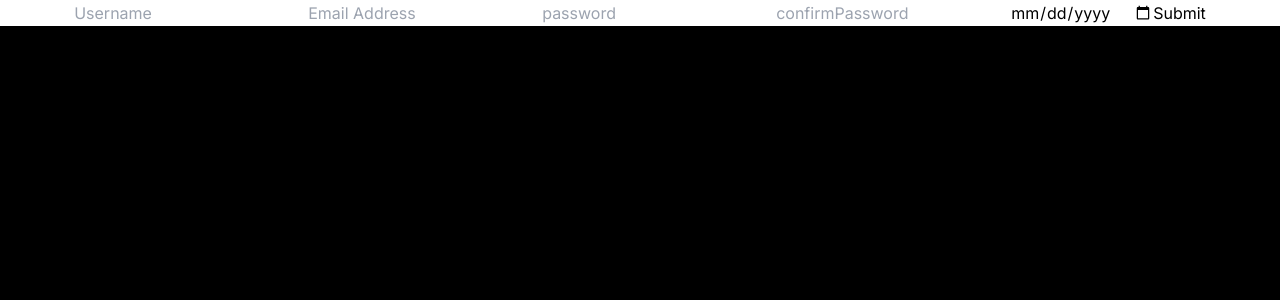
Repository: uh-sman/tiktok-card
Page: /
The author's editor kept a copy of each file at every save. The page is drawn from the files as they stood at one save, then again after the next save.
The browser window is 1280 px wide. The pictures show the whole page.
The project was rebuilt for these pictures with package versions that can differ from the ones it lists, and the page was loaded fresh each time. The framework's server and built-in components were replaced by stand-ins that run in the browser. Also part of the build but not shown: next.config.js.

Above is the page before, as saved 2023-12-19 11:51:13.

### app/page.tsx
'use client'
import Input from "./components/Input";
import { FieldValues, SubmitHandler, useForm } from "react-hook-form";
export default function Home() {
  // const { register, handleSubmit, reset } = useForm<FieldValues>({
  //   defaultValues: {
  //     Username: "",
  //     email: '',
  //     password: '',
  //     confirmPassword: '',
  //     DateOfBirth: '',
  //     Bio: '',
  //     gender: '',
  //     termsAndConditions: ''
  //   }
  // })

  // const onSubmit: SubmitHandler<FieldValues> = () => {

  // }

  return (
    <div className="bg-black h-screen w-screen">
      <div className="flex justify-center items-center bg-white">
        <form onSubmit={()=> {}}>
          <Input
            className=""
            id="Username"
            placeholder="Username"
            type="text"
            onChange={() => {}}
          />
          <Input
            className=""
            id="email"
            placeholder="Email Address"
            type="email"
            onChange={() => {}}
          />
          <Input
            className=""
            id="password"
            placeholder="password"
            type="password"
            onChange={() => {}}
          />
          <Input
            className=""
            id="confirmPassword"
            placeholder="confirmPassword"
            type="email"
            onChange={() => {}}
          />
          <Input
            className=""
            id="DOB"
            placeholder="Date of Birth"
            type="date"
            onChange={() => {}}
          />
          <button>Submit</button>
        </form>
      </div>
    </div>
  );
}

### app/components/Input.tsx

type InputType = "text" | "password" | "file" | "email" | 'date'

interface InputProps {
    id: string;
    className: string;
    placeholder: string;
    type: InputType;
    onChange: (value: string, file?: File ) => void;
}

const Input: React.FC<InputProps> = ({
    id,
    className,
    placeholder,
    type,
    onChange
}) => {
    const handleChange = (event: React.ChangeEvent<HTMLInputElement>) => {
        const { value, files } = event.target;
        if (type === 'file' && files) {
            onChange(value, files[0]);
        } else {
            onChange(value);
        }
    };

    return (
        <input
            id={id}
            className=''
            placeholder={placeholder}
            type={type}
            onChange={handleChange}
        />
    );
};


export default Input;

Loaded but not shown: app/layout.tsx (common file); app/globals.css (common file); tailwind.config.ts (common file)

After the next save:
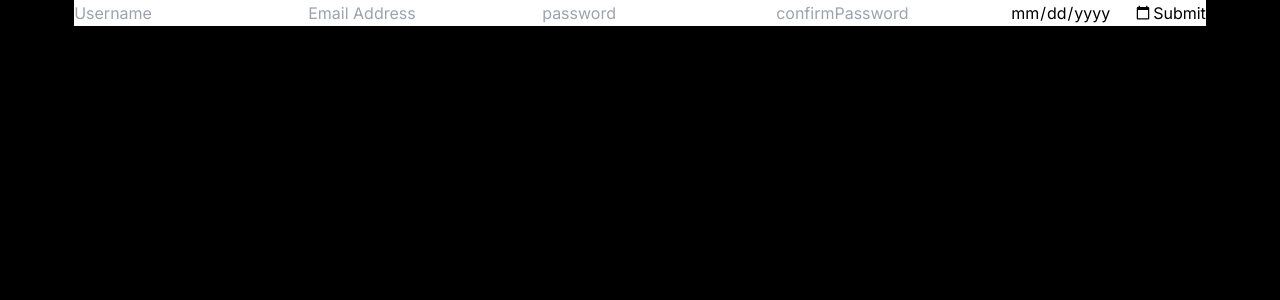
Saved 31 s later.
--- a/app/page.tsx
+++ b/app/page.tsx
@@ -21,6 +21,7 @@ export default function Home() {
 
   return (
     <div className="bg-black h-screen w-screen">
+      <div className="flex justify-center">
       <div className="flex justify-center items-center bg-white">
         <form onSubmit={()=> {}}>
           <Input
@@ -61,6 +62,7 @@ export default function Home() {
           <button>Submit</button>
         </form>
       </div>
+      </div>
     </div>
   );
 }

After the 4 saves that followed:
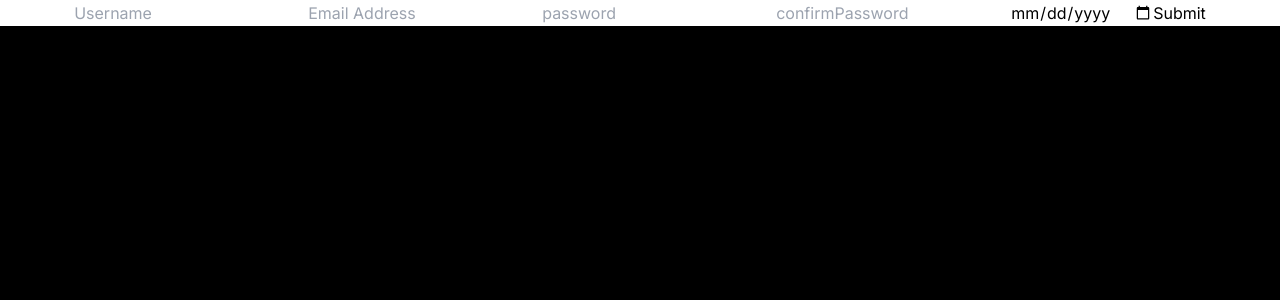
The 4 saves are shown as one change because 3 left the picture as it was.
The last was saved 57 s later.
--- a/app/page.tsx
+++ b/app/page.tsx
@@ -21,8 +21,8 @@ export default function Home() {
 
   return (
     <div className="bg-black h-screen w-screen">
-      <div className="flex justify-center">
-      <div className="flex justify-center items-center bg-white">
+      {/* <div className="flex justify-center"> */}
+      <div className="flex justify-center items-center flex-col bg-white">
         <form onSubmit={()=> {}}>
           <Input
             className=""
@@ -62,7 +62,7 @@ export default function Home() {
           <button>Submit</button>
         </form>
       </div>
-      </div>
+      {/* </div> */}
     </div>
   );
 }
